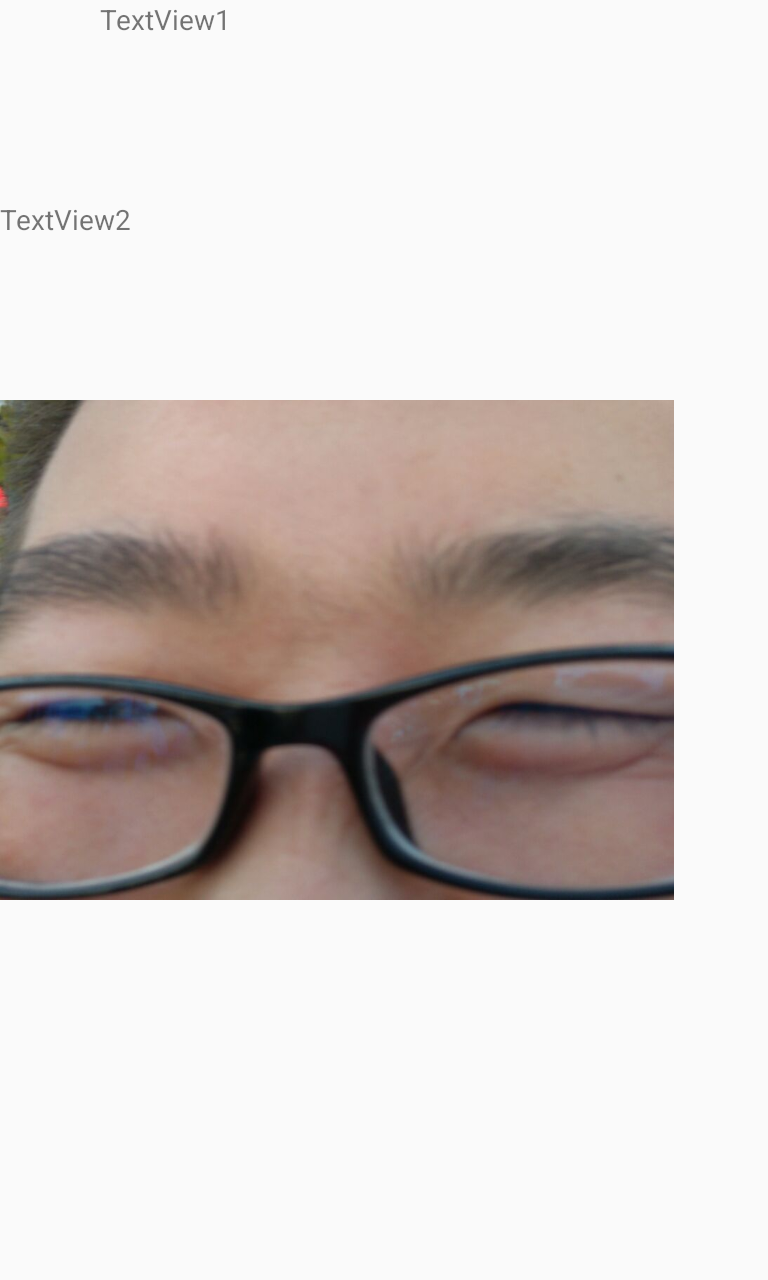
Repository: mjchow/qiuyi
Layout: demo1/res/layout/activity_main.xml
An editor plug-in stored every save of this project. The layout is shown before and after the next save, followed by the edit.
It is drawn on a 768 x 1280 px phone screen (xhdpi) without system bars, with theme AppTheme; the app's code is not run.

Above is the layout before, as saved 2014-12-25 15:59:54.

After the next save:
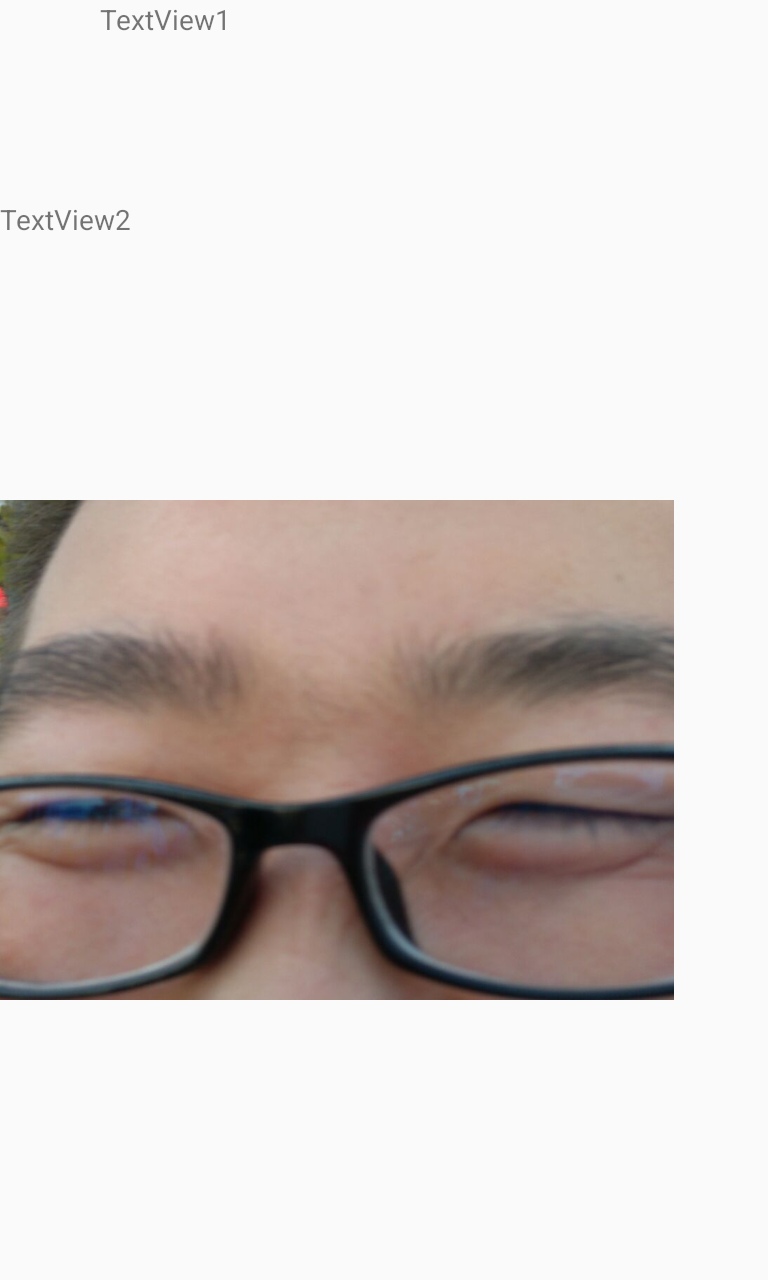
Saved 7 s later.
--- a/demo1/res/layout/activity_main.xml
+++ b/demo1/res/layout/activity_main.xml
@@ -8,7 +8,7 @@
 
     <ImageView
          android:id="@+id/imageview1"
-         android:layout_marginTop="200dp"
+         android:layout_marginTop="250dp"
          android:layout_width="750dp"
          android:layout_height="250dp"
          android:scaleType="fitStart"
